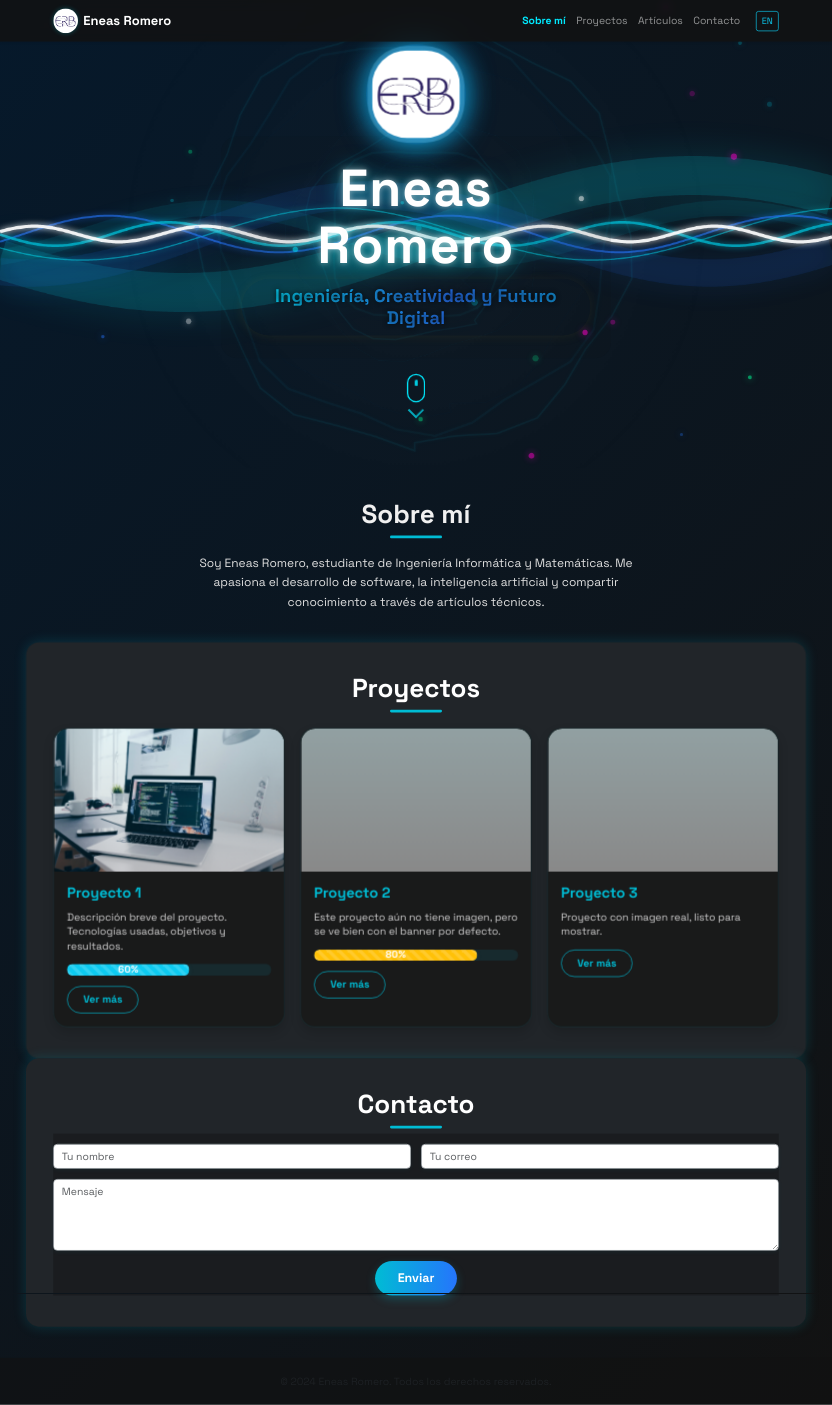
Repository: enerombar/enerombar.github.io
Page: index.html
These files come from the project's save history. The page is drawn as it stood at one moment and after the next save; the edit follows.
The browser window is 1280 px wide. The pictures show the whole page, at 65% of full size.
Pictures or frames that could not be fetched are drawn as grey boxes. Some web libraries are served in a nearby version.

Above is the page before, as saved 2025-06-27 00:59:12.

After the next save:
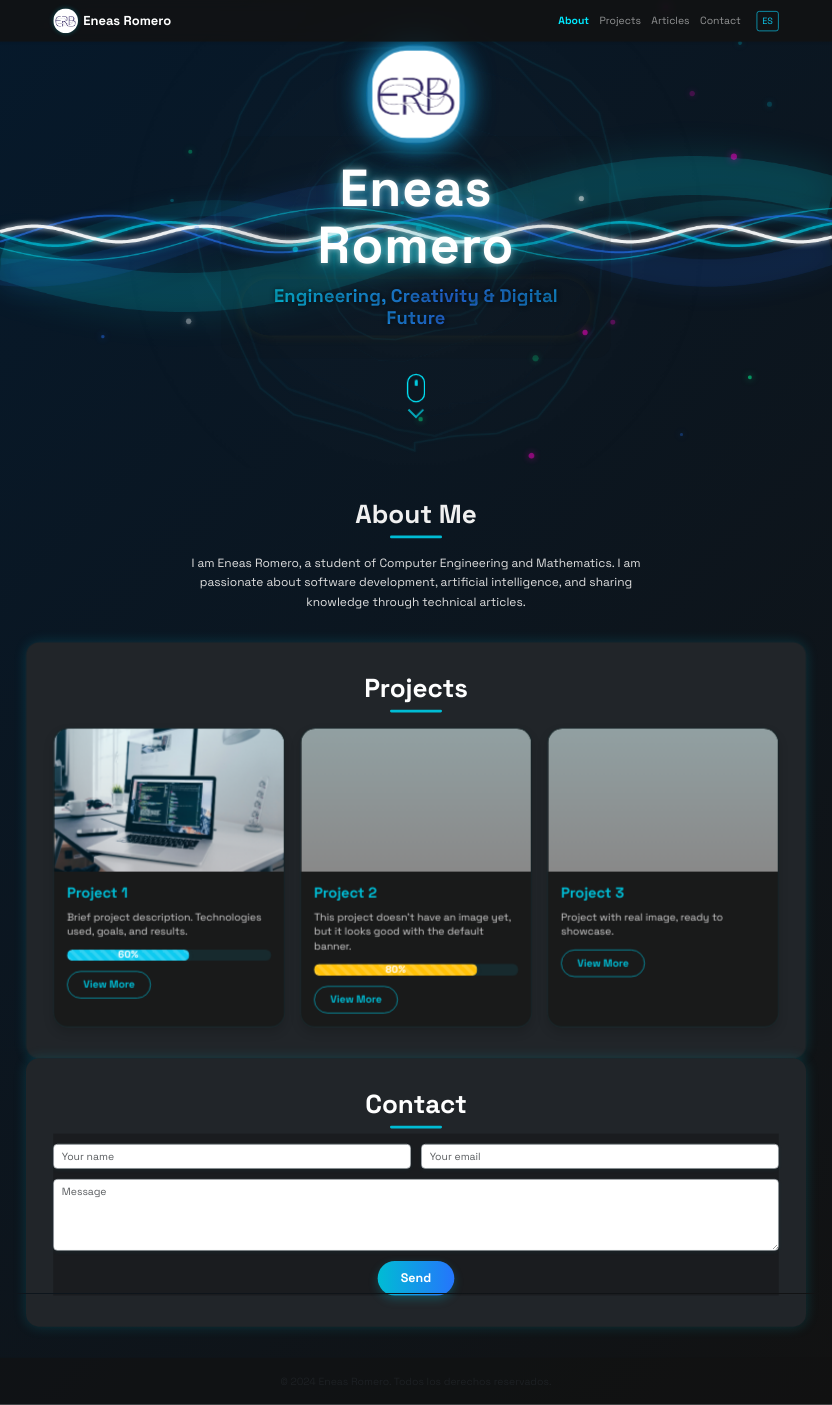
Console error: SyntaxError: Identifier 'translations' has already been declared
Saved 79 s later.
--- a/scripts.js
+++ b/scripts.js
@@ -186,3 +186,94 @@ document.addEventListener('DOMContentLoaded', function() {
     animate(0);
   }
 });
+
+// Traducciones multilanguage global
+const translations = {
+  en: {
+    navAbout: "About",
+    navProjects: "Projects",
+    navProjectsPage: "Projects",
+    navArticles: "Articles",
+    navContact: "Contact",
+    heroName: "Eneas Romero",
+    heroSubtitle: "Engineering, Creativity & Digital Future",
+    btnViewProjects: "View Projects",
+    aboutTitle: "About Me",
+    aboutText: "I am Eneas Romero, a student of Computer Engineering and Mathematics. I am passionate about software development, artificial intelligence, and sharing knowledge through technical articles.",
+    projectsTitle: "Projects",
+    project1Title: "Project 1",
+    project1Desc: "Brief project description. Technologies used, goals, and results.",
+    project2Title: "Project 2",
+    project2Desc: "This project doesn't have an image yet, but it looks good with the default banner.",
+    project3Title: "Project 3",
+    project3Desc: "Project with real image, ready to showcase.",
+    btnViewMore: "View More",
+    contactTitle: "Contact",
+    formName: "Your name",
+    formEmail: "Your email",
+    formMessage: "Message",
+    btnSend: "Send",
+    articlesTitle: "Articles"
+  },
+  es: {
+    navAbout: "Sobre mí",
+    navProjects: "Proyectos",
+    navProjectsPage: "Proyectos",
+    navArticles: "Artículos",
+    navContact: "Contacto",
+    heroName: "Eneas Romero",
+    heroSubtitle: "Ingeniería, Creatividad y Futuro Digital",
+    btnViewProjects: "Ver proyectos",
+    aboutTitle: "Sobre mí",
+    aboutText: "Soy Eneas Romero, estudiante de Ingeniería Informática y Matemáticas. Me apasiona el desarrollo de software, la inteligencia artificial y compartir conocimiento a través de artículos técnicos.",
+    projectsTitle: "Proyectos",
+    project1Title: "Proyecto 1",
+    project1Desc: "Descripción breve del proyecto. Tecnologías usadas, objetivos y resultados.",
+    project2Title: "Proyecto 2",
+    project2Desc: "Este proyecto aún no tiene imagen, pero se ve bien con el banner por defecto.",
+    project3Title: "Proyecto 3",
+    project3Desc: "Proyecto con imagen real, listo para mostrar.",
+    btnViewMore: "Ver más",
+    contactTitle: "Contacto",
+    formName: "Tu nombre",
+    formEmail: "Tu correo",
+    formMessage: "Mensaje",
+    btnSend: "Enviar",
+    articlesTitle: "Artículos"
+  }
+};
+
+let currentLang = 'es';
+
+function switchLanguage() {
+  currentLang = currentLang === 'es' ? 'en' : 'es';
+  const langToggle = document.getElementById('langToggle');
+  if (langToggle) {
+    langToggle.textContent = currentLang.toUpperCase() === 'EN' ? 'ES' : 'EN';
+  }
+
+  // Cambiar textos con data-key
+  document.querySelectorAll('[data-key]').forEach(el => {
+    const key = el.getAttribute('data-key');
+    if (translations[currentLang] && translations[currentLang][key]) {
+      el.textContent = translations[currentLang][key];
+    }
+  });
+
+  // Cambiar placeholders con data-key-placeholder
+  document.querySelectorAll('[data-key-placeholder]').forEach(el => {
+    const key = el.getAttribute('data-key-placeholder');
+    if (translations[currentLang] && translations[currentLang][key]) {
+      el.setAttribute('placeholder', translations[currentLang][key]);
+    }
+  });
+}
+
+document.addEventListener('DOMContentLoaded', function() {
+  const langToggle = document.getElementById('langToggle');
+  if (langToggle) {
+    langToggle.addEventListener('click', switchLanguage);
+  }
+  // Inicializa idioma en carga
+  switchLanguage();
+});
